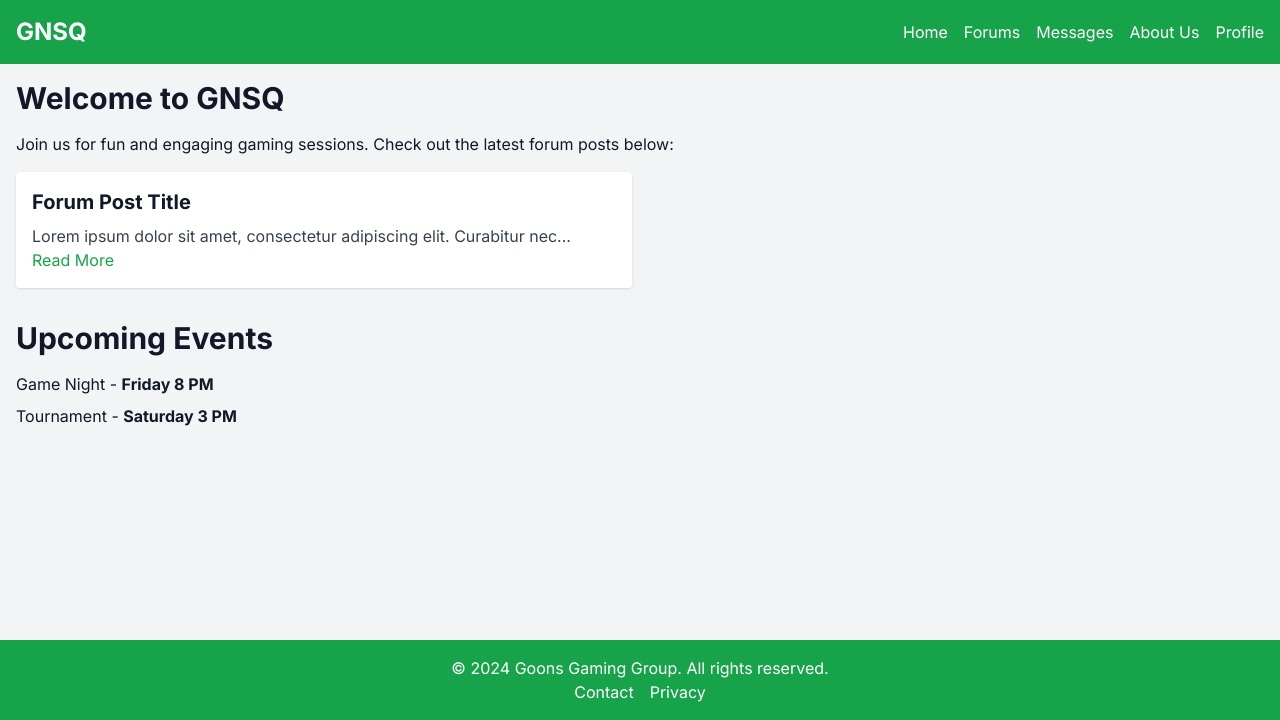
Repository: x9751/test.gnsq.org
Page: /
These files come from the project's save history. The page is drawn as it stood at one moment and after the next save; the edit follows.
The browser window is 1280 px wide. The pictures show the whole page.
The project was rebuilt for these pictures with package versions that can differ from the ones it lists, and the page was loaded fresh each time. The framework's server and built-in components were replaced by stand-ins that run in the browser. Also part of the build but not shown: next.config.mjs.

Above is the page before, as saved 2024-07-05 14:29:43.

### src/app/page.tsx
import Header from "./components/header";
import Footer from "./components/footer";

export default function Home() {
	return (
		<main className="flex min-h-screen flex-col">
			<Header />
			<div className="container mx-auto p-4">
      <section className="mb-8">
				<h2 className="text-3xl font-bold mb-4">Welcome to GNSQ</h2>
				<p className="mb-4">
					Join us for fun and engaging gaming sessions. Check out the latest
					forum posts below:
				</p>
				<div className="grid grid-cols-1 md:grid-cols-2 gap-4">
					<article className="bg-white p-4 rounded shadow">
						<h3 className="text-xl font-bold mb-2">Forum Post Title</h3>
						<p className="text-gray-700">
							Lorem ipsum dolor sit amet, consectetur adipiscing elit. Curabitur
							nec...
						</p>
						<a href="#" className="text-green-600 hover:underline">
							Read More
						</a>
					</article>
				</div>
			</section>
			<section>
				<h2 className="text-3xl font-bold mb-4">Upcoming Events</h2>
				<ul>
					<li className="mb-2">
						Game Night - <strong>Friday 8 PM</strong>
					</li>
					<li className="mb-2">
						Tournament - <strong>Saturday 3 PM</strong>
					</li>
				</ul>
			</section>
      </div>
			<Footer />
		</main>
	);
}

### src/app/globals.css
@tailwind base;
@tailwind components;
@tailwind utilities;

:root {
  --foreground-rgb: 0, 0, 0;
  --background-start-rgb: 214, 219, 220;
  --background-end-rgb: 255, 255, 255;
}

@media (prefers-color-scheme: dark) {
  :root {
    --foreground-rgb: 255, 255, 255;
    --background-start-rgb: 0, 0, 0;
    --background-end-rgb: 0, 0, 0;
  }
}

body {
  @apply bg-gray-100 text-gray-900;
}

### src/app/components/header.tsx
import Link from "next/link"
export default function Header() {
  return (
    <header className="bg-green-600 p-4 text-white">
        <nav className="container mx-auto flex justify-between items-center">
            <h1 className="text-2xl font-bold">GNSQ</h1>
            <ul className="flex space-x-4">
                <li><Link href="/" className="hover:underline">Home</Link></li>
                <li><Link href="/forums" className="hover:underline">Forums</Link></li>
                <li><Link href="/messages" className="hover:underline">Messages</Link></li>
                <li><Link href="/about" className="hover:underline">About Us</Link></li>
                <li><Link href="/profile" className="hover:underline">Profile</Link></li>
            </ul>
        </nav>
    </header>
  )
}

### src/app/components/footer.tsx
import Link from "next/link";

export default function Footer() {
	return (
		<footer className="bg-green-600 p-4 text-white text-center mt-auto">
			<p>&copy; 2024 Goons Gaming Group. All rights reserved.</p>
			<ul className="flex justify-center space-x-4">
				<li>
					<Link href="/contact" className="hover:underline">
						Contact
					</Link>
				</li>
				<li>
					<Link href="/privacy" className="hover:underline">
						Privacy
					</Link>
				</li>
			</ul>
		</footer>
	);
}

Loaded but not shown: src/app/layout.tsx (common file); tailwind.config.ts (common file)

After the next save:
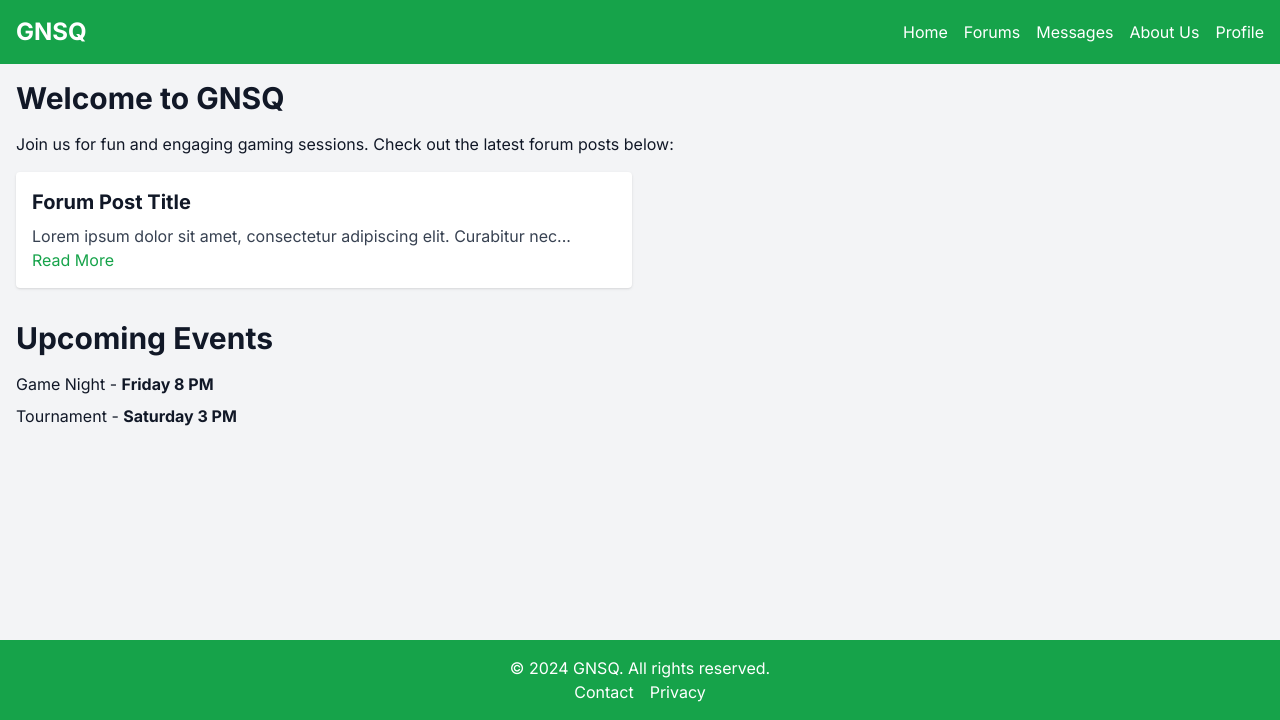
Saved 23 s later.
--- a/src/app/components/footer.tsx
+++ b/src/app/components/footer.tsx
@@ -3,7 +3,7 @@
 export default function Footer() {
 	return (
 		<footer className="bg-green-600 p-4 text-white text-center mt-auto">
-			<p>&copy; 2024 Goons Gaming Group. All rights reserved.</p>
+			<p>&copy; 2024 GNSQ. All rights reserved.</p>
 			<ul className="flex justify-center space-x-4">
 				<li>
 					<Link href="/contact" className="hover:underline">
